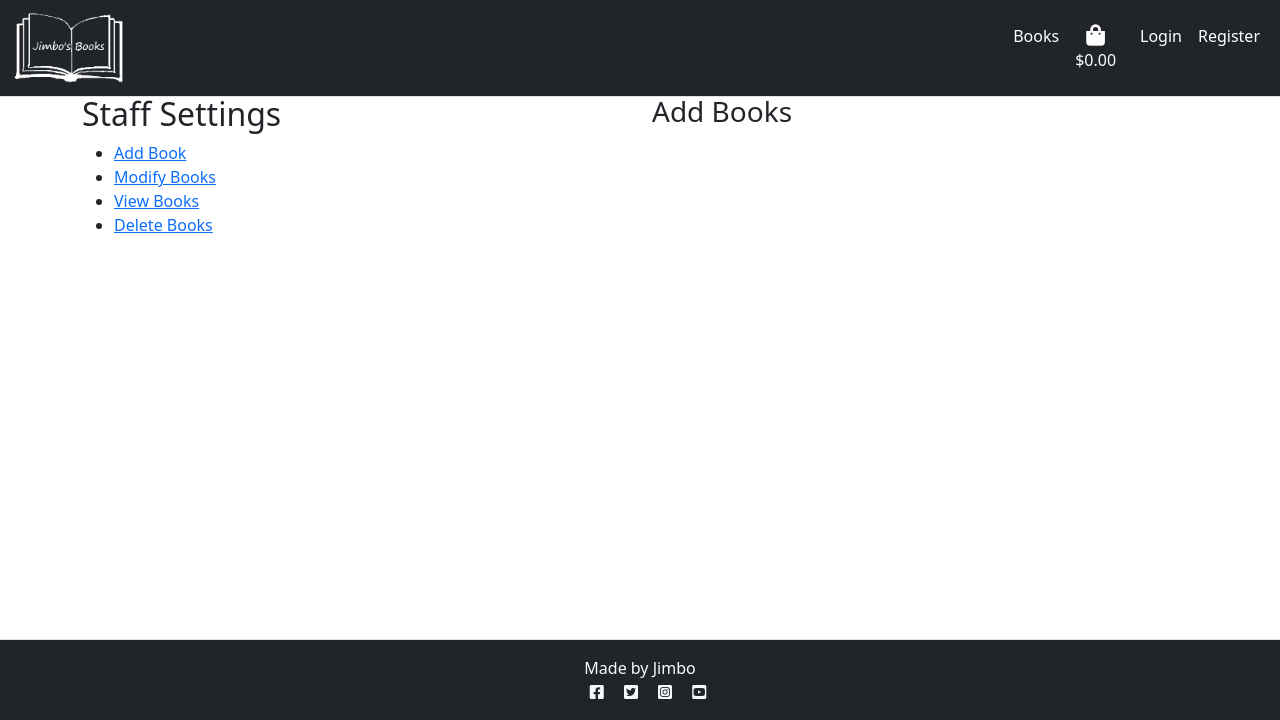
Repository: JaySanders95/jimbos-books
Page: templates/book_added.html
These files come from the project's save history. The page is drawn as it stood at one moment and after the next save; the edit follows.
The browser window is 1280 px wide. The pictures show the whole page.
The template is drawn by Django 3.2. The application's start-up code is not run. Other server files are loaded and not shown. The template is opened directly, without the code that normally fills it, so the values that code supplies are empty.

Above is the page before, as saved 2023-12-26 18:04:31.

### templates/book_added.html
{% extends 'staff_settings.html' %}

{% block settings_content %}
    <h3>Add Books</h3>

{% endblock %}

### templates/staff_settings.html
{% extends 'base.html' %}
{% load static %}

{% block content %}
    <div class="container">
        <div class="row">
            <div class="col">
                <h2>Staff Settings</h2>
                <ul>
                    <li><a href="{% url 'add_book' %}">Add Book</a></li>
                    <li><a href="{% url 'modify_books' %}">Modify Books</a></li>
                    <li><a href="{% url 'view_books' %}">View Books</a></li>
                    <li><a href="{% url 'delete_books' %}">Delete Books</a></li>
                </ul>
            </div>
            <div class="col">
                {% block settings_content %}{% endblock %}
            </div>
        </div>
    </div>
{% endblock %}

### home/templates/base.html
<!DOCTYPE html>
<html class="h-100">
{% load static %}

<head>
    <title>Jimbo's Books</title>

    <link rel="preconnect" href="https://fonts.gstatic.com">
    <link href="https://fonts.googleapis.com/css2?family=Roboto:wght@300&display=swap" rel="stylesheet">
    <link href="https://fonts.googleapis.com/css2?family=Lato:wght@300;700&display=swap" rel="stylesheet">
    <link rel="stylesheet" href="https://cdnjs.cloudflare.com/ajax/libs/font-awesome/5.15.3/css/all.min.css">
    <meta name="viewport" content="width=device-width, initial-scale=1" />
    <link href="https://cdn.jsdelivr.net/npm/bootstrap@5.0.1/dist/css/bootstrap.min.css" rel="stylesheet"
        integrity="sha384-+0n0xVW2eSR5OomGNYDnhzAbDsOXxcvSN1TPprVMTNDbiYZCxYbOOl7+AMvyTG2x" crossorigin="anonymous">
    <script src="https://cdn.jsdelivr.net/npm/bootstrap@5.0.1/dist/js/bootstrap.bundle.min.js"
        integrity="sha384-gtEjrD/SeCtmISkJkNUaaKMoLD0//ElJ19smozuHV6z3Iehds+3Ulb9Bn9Plx0x4" crossorigin="anonymous">
    </script>
    <script src="https://ajax.googleapis.com/ajax/libs/jquery/3.5.1/jquery.min.js"></script>
    <link rel="stylesheet" type="text/css" href="{% static 'style.css' %}">

</head>

<body class="d-flex flex-column h-100 toppage">

    <!-- Navigation -->
    <main class="flex-shrink-0">
        <nav class="navbar navbar-expand-lg navbar-light bg-dark border-bottom border-lg fixed-top">
            <div class="container-fluid">
                <a class="navbar-brand" href="{% url 'home' %}"><img id="logo" src="{% static 'logo_image/logo-image.png' %}" alt="jimbos books logo image"></a>
                <button class="navbar-toggler" type="button" data-bs-toggle="collapse" data-bs-target="#navbarText"
                    aria-controls="navbarText" aria-expanded="false" aria-label="Toggle navigation">
                    <span class="navbar-toggler-icon"></span>
                </button>
                <div class="collapse navbar-collapse" id="navbarText">
                    <ul class="navbar-nav ms-auto mb-2 mb-lg-0 ">
                        <li class="nav-item">
                            <a class="nav-link text-light" href="{% url 'home' %}">Books</a>
                        </li>
                        <li class="list-inline-item">
                            <a class="{% if grand_total %}text-info font-weight-bold{% else %}text-white{% endif %} nav-link" href="{% url 'view_bag' %}">
                                <div class="text-center">
                                    <div><i class="fas fa-shopping-bag fa-lg"></i></div>
                                    <p class="my-0">
                                        {% if grand_total %}
                                            ${{ grand_total|floatformat:2 }}
                                        {% else %}
                                            $0.00
                                        {% endif %}
                                    </p>
                                </div>
                            </a>
                        </li>
                        {% if user.is_staff %}
                        <li class="nav-item dropdown">
                            <a class="nav-link dropdown-toggle" href="#" id="navbarDarkDropdownMenuLink" role="button" data-bs-toggle="dropdown" aria-expanded="false">
                                Booking Settings
                            </a>
                            <ul class="dropdown-menu dropdown-menu-light" aria-labelledby="navbarDarkDropdownMenuLink">
                            <li><a class="dropdown-item text-light" href="">Staff settings</a></li>
                            <li><a class="dropdown-item text-light" href="">Manage Orders</a></li>
                            <li><a class="dropdown-item text-light" href="">log out</a></li>
                            </ul>
                        </li>
                        {% elif user.is_authenticated %}
                        <li class="nav-item dropdown">
                            <a class="nav-link dropdown-toggle" href="#" id="navbarDarkDropdownMenuLink" role="button" data-bs-toggle="dropdown" aria-expanded="false">
                                My account
                            </a>
                            <ul class="dropdown-menu dropdown-menu-light" aria-labelledby="navbarDarkDropdownMenuLink">
                            <li><a class="dropdown-item text-light" href="">My Account</a></li>
                            <li><a class="dropdown-item text-light" href="">My orders</a></li>
                            <li><a class="dropdown-item text-light" href="">log out</a></li>
                            </ul>
                        </li>
                        {% else %}
                        <li class="nav-item">
                            <a class="nav-link text-light" href="">Login</a>
                        </li>
                        <li class="nav-item">
                            <a class="nav-link text-light" href="">Register</a>
                        </li>




                        {% endif %}
                    </ul>

                </div>
            </div>
        </nav>
        <div class="spacer"></div>
        <div class="container">
            <div class="row">
                <div class="col-md-8 offset-md-2">
                    {% for message in messages %}
                    <div class="alert {{ message.tags}} alert-dismissable fade show text-center" id="msg" role="alert">
                        {{ message | safe }}
                    </div>
                    {% endfor %}
                </div>
            </div>
        </div>

            {% block content %}
            {% endblock content %}

    </main>


    <!-- Footer -->
    <footer class="footer mt-auto py-3 bg-dark border-top border-lg">
        <p class="m-0 text-center text-light ">Made by Jimbo</p>
        <p class="m-0 text-center text-light">
            <a href="https://www.facebook.com" class="icon-block text-light" target="_blank"><i class="fab fa-facebook-square ms-3"></i></a>
            <a href="https://www.twitter.com" class="icon-block text-light" target="_blank"><i class="fab fa-twitter-square ms-3"></i></a>
            <a href="https://www.instagram.com" class="icon-block text-light" target="_blank"><i class="fab fa-instagram-square ms-3"></i></a>
            <a href="https://www.youtube.com" class="icon-block text-light" target="_blank"><i class="fab fa-youtube-square ms-3"></i></a>
        </p>
    </footer>
    <script>
        setTimeout (function() {
        let messages = document.getElementById("msg");
        let alert = new bootstrap.Alert(messages);
        alert.close();
    }, 3000);

    </script>

</body>

</html>

### static/style.css
.book {
    border: 1px solid #ddd;
    margin: 20px;
    padding: 20px;
    border-radius: 10px;
    box-shadow: 0 0 10px rgba(0, 0, 0, 0.1);
    height: auto;
}

.book img {
    height: 300px;
}

.navbar-light .navbar-nav .nav-link {
    color: rgb(255, 255, 255) !important;
}

.navbar-brand img {
    height: 70px;
}

.spacer {
    margin-bottom: 95px;
}

#reviews-section {
    margin-top: 20px;
}

.review {
    margin-bottom: 20px;
    padding: 10px;
    border: 1px solid #ccc;
}

.review-image {
    max-width: 100%;
    height: auto;
}

.review-text {
    margin-top: 10px;
}

.review-divider {
    margin: 20px 0;
    border: none;
    border-top: 1px solid #ccc;
}

After the next save:
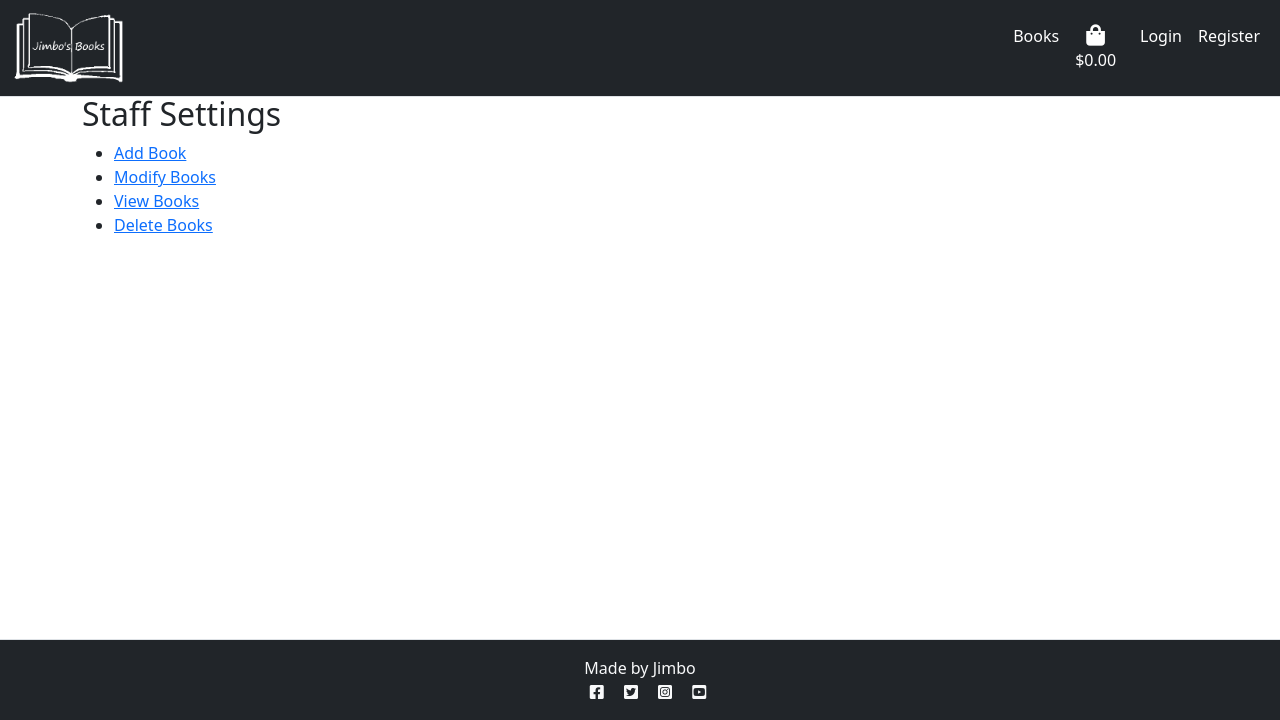
Saved 5 s later.
--- a/templates/book_added.html
+++ b/templates/book_added.html
@@ -1,6 +1,6 @@
 {% extends 'staff_settings.html' %}
 
 {% block settings_content %}
-    <h3>Add Books</h3>
+
 
 {% endblock %}
